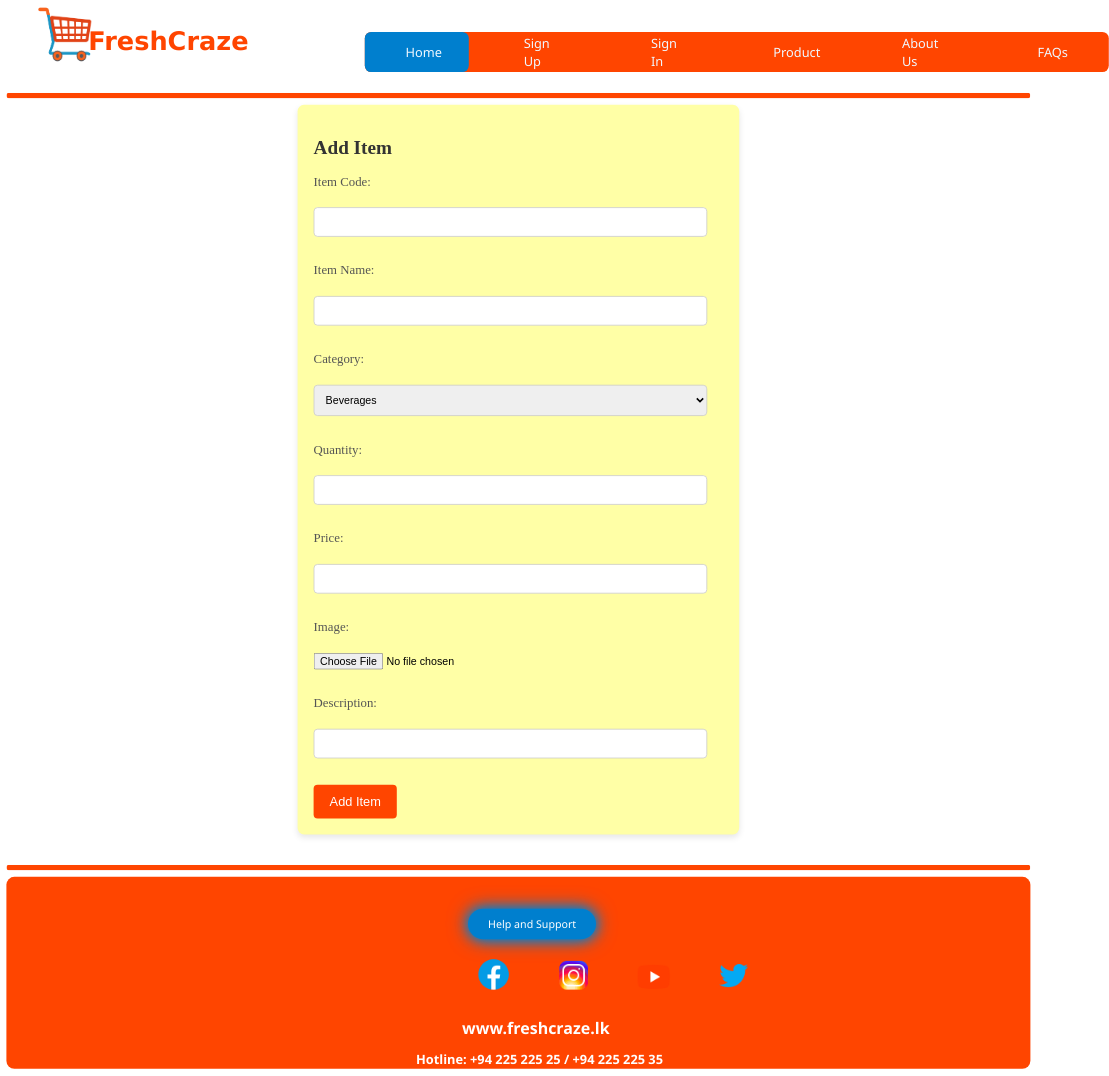
Repository: shanika2002/FreshCraze
Page: http://localhost/itemDem/updateItem.jsp
An editor plug-in stored every save of this project. The page is shown before and after the next save, followed by the edit.
The browser window is 1280 px wide. The page is 1386 px wide, so the pictures cover 1386 px, including what lies to the right of the window. The pictures show the whole page, at 80% of full size.
The page is served by Tomcat 9.

Above is the page before, as saved 2024-05-11 07:47:41.

After the next save:
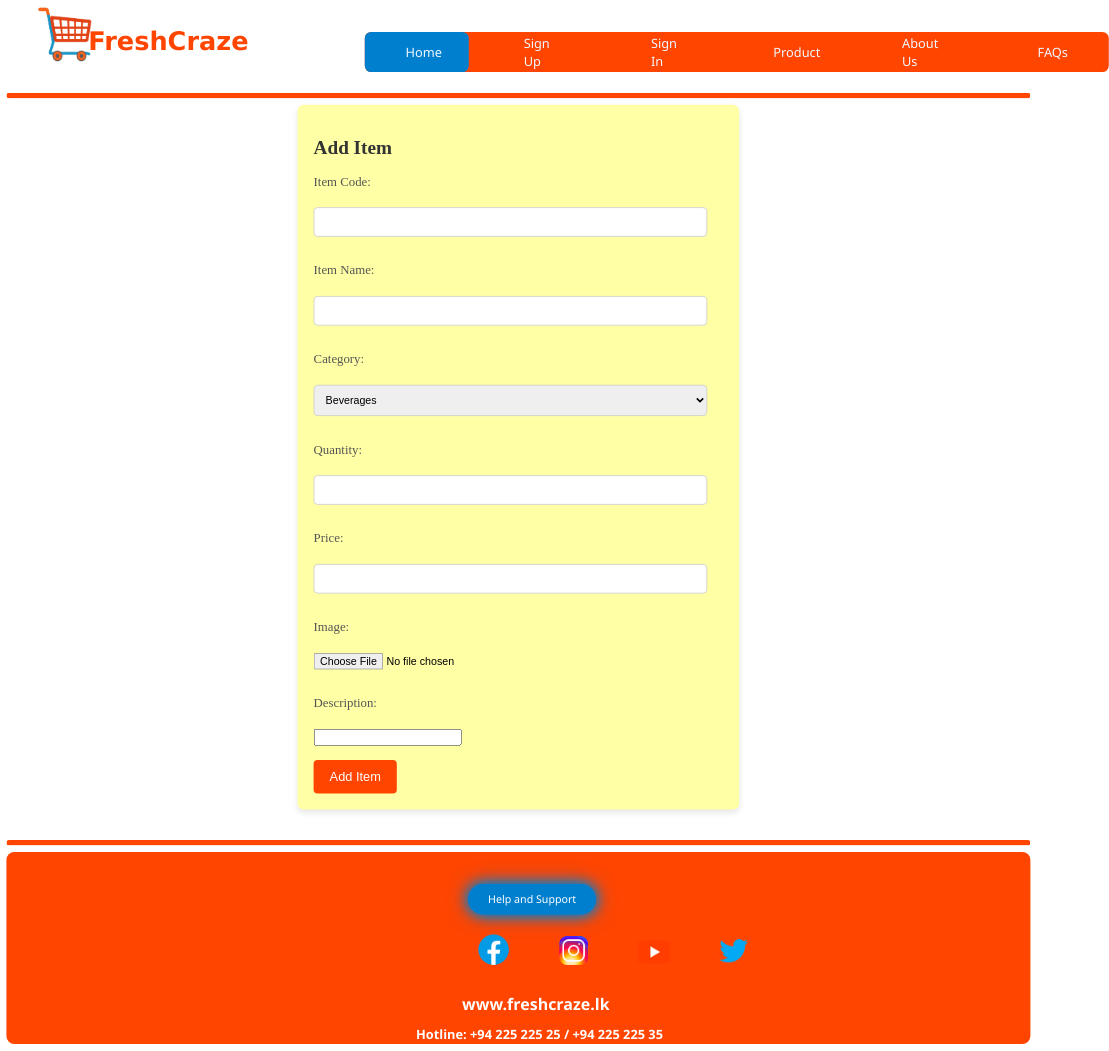
Saved 3 min 24 s later.
--- a/itemDem/src/main/webapp/updateItem.jsp
+++ b/itemDem/src/main/webapp/updateItem.jsp
@@ -54,7 +54,7 @@
         <input type="file" id="image" name="image" value="${param.image}"><br><br>
 
         <label for="description">Description:</label><br>
-        <input type="text" id="description" name="description"  required value="${param.description }"><br><br>
+        <input id="text" name="description"  required value="${param.description }"><br><br>
 
         <input type="submit" value="Add Item">
     </form>

After the save that followed:
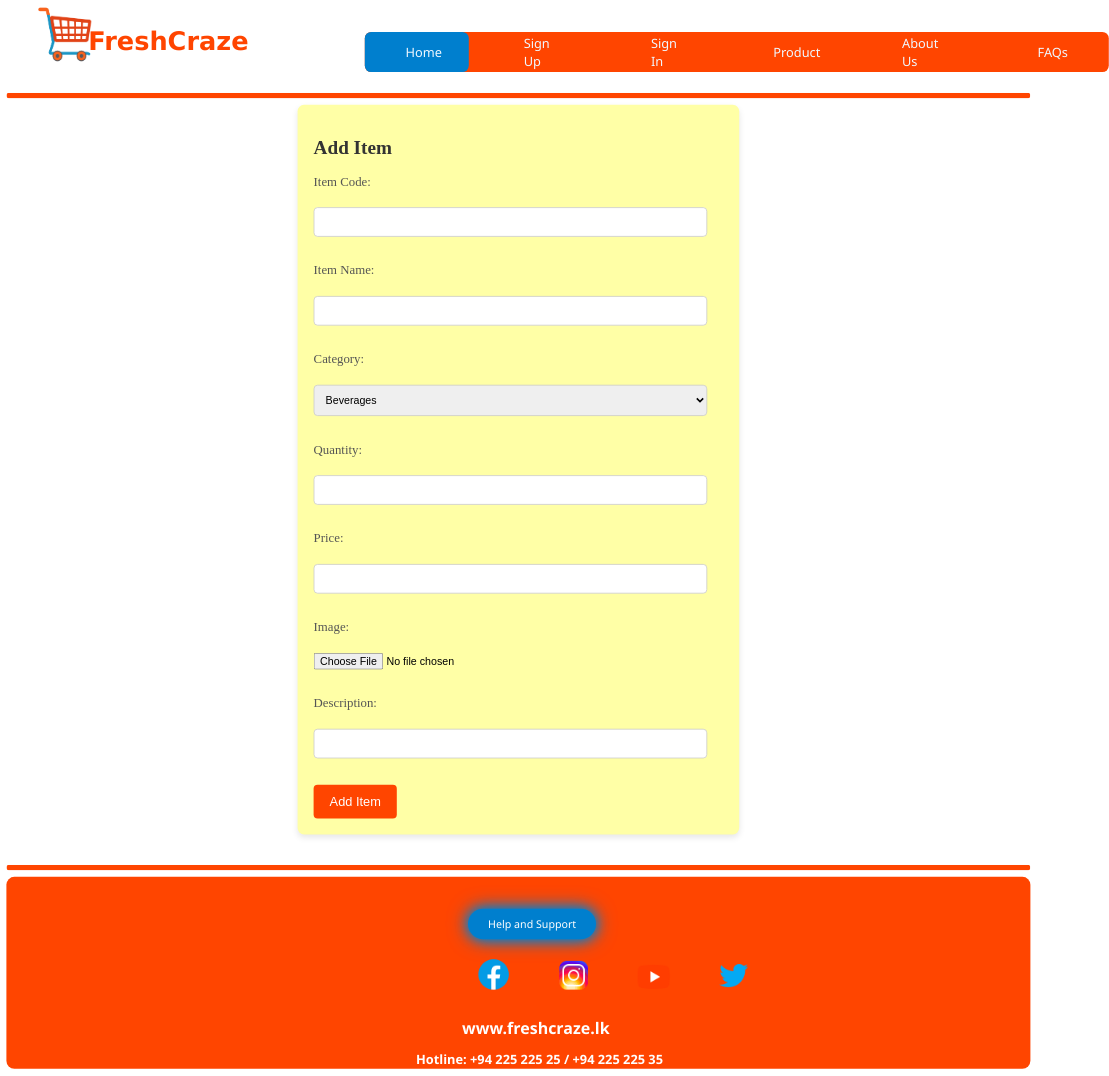
Saved 33 s later.
--- a/itemDem/src/main/webapp/updateItem.jsp
+++ b/itemDem/src/main/webapp/updateItem.jsp
@@ -36,7 +36,7 @@
         <input type="text" id="item_name" name="itemName" required value="${param.itemName}"><br><br>
 
         <label for="category">Category:</label><br>
-        <select id="category" name="category" required value="${param.category}">
+        <select id="category" name="category" required >
             <option value="Beverages">Beverages</option>
             <option value="Choco & Snacks">Choco and Snacks</option>
             <option value="Food-Staples">Food-Staples</option>
@@ -54,7 +54,7 @@
         <input type="file" id="image" name="image" value="${param.image}"><br><br>
 
         <label for="description">Description:</label><br>
-        <input id="text" name="description"  required value="${param.description }"><br><br>
+        <input type="text" id="description" name="description"  required value="${param.description }"><br><br>
 
         <input type="submit" value="Add Item">
     </form>
